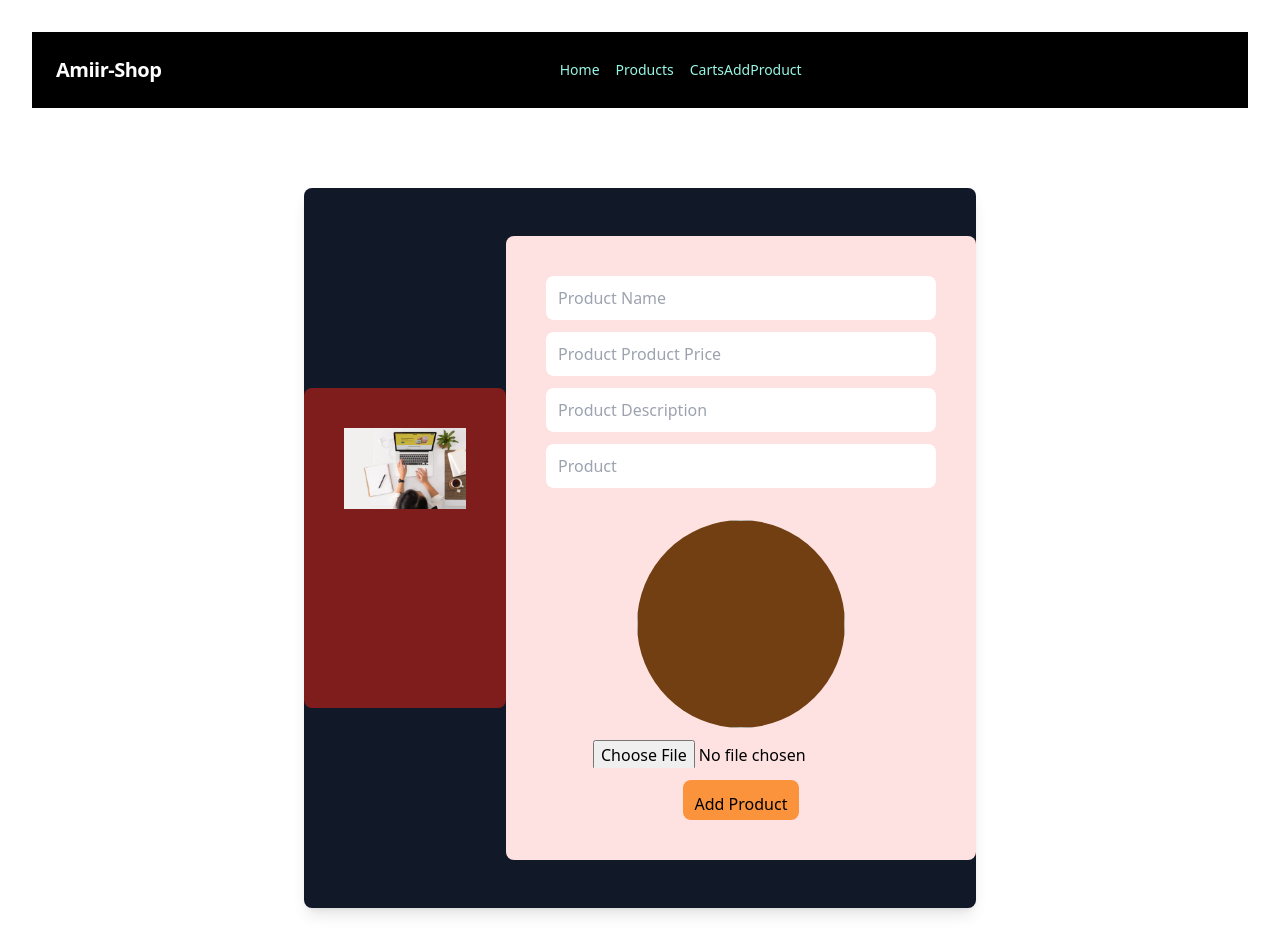
Repository: ENG-AMIIR-MUSE/ECommerce-app-using-react
Page: /addProducts
An editor plug-in stored every save of this project. The page is shown before and after the next save, followed by the edit.
The browser window is 1280 px wide. The pictures show the whole page.
The page's requests for data from a server got no answer. The project was rebuilt for these pictures with package versions that can differ from the ones it lists, and the page was loaded fresh each time. No one was signed in, and anything a server would have sent is missing. Also part of the build but not shown: vite.config.js, src/Components/productList.js, src/Components/productCard.js.

Above is the page before, as saved 2023-06-24 20:06:38.

### src/main.jsx
import React from 'react'
import ReactDOM from 'react-dom/client'
import App from './App.jsx'
import './index.css'

import { BrowserRouter }  from 'react-router-dom'



ReactDOM.createRoot(document.getElementById('root')).render(
  <React.StrictMode>
    <BrowserRouter>
    <App />
    </BrowserRouter>

  </React.StrictMode>,

)

### src/App.jsx
import { useEffect } from 'react'
import { useState } from 'react'
import axios from 'axios'
import ProductList from './Components/ProductList'
import ProductCard from './Components/ProductCard'

import './App.css'

import {NavBar} from './Components/NavBar'
import {  Routes,Route } from 'react-router-dom'

import AddProduct from './Components/AddProduct'

function App() {
const [products,setProducts] =  useState([])

useEffect(()=>{
  axios.get('https://fakestoreapi.com/products')
  .then((response)=>{
    // console.log(response)
   setProducts(response.data)
  }).catch((er)=>{
    console.log(er.response)
  })

})

  return (
    <>

    {/* {console.log(products)} */}
    <NavBar/>

    {/* <ProductCard/> */}
    <Routes>
    <Route path="/"/>
    <Route path="/products" element={<ProductList products ={products}/>}/>

    <Route path="/products/:id" element={<ProductCard products = {products}/>}/>
  <Route path="/addProducts/" element={<AddProduct/>}/>
  </Routes>
    </>


  )


}

export default App

### src/Components/NavBar.jsx
import React from 'react'
import {Link } from 'react-router-dom'
 export function NavBar() {
  return (
    <>
    <nav className=" items-center justify-between flex-wrap bg-black p-6 mb-20 h-auto p-5">
  <div className="flex items-center flex-shrink-0 text-white mr-6">

    <span className="font-semibold text-xl tracking-tight">Amiir-Shop</span>


  <div className="w-full block flex-grow lg:flex lg:items-center lg:w-auto">
    <div className="text-sm lg:flex-grow">
      <Link to="/" className="block mt-4 lg:inline-block lg:mt-0 text-teal-200 hover:text-white mr-4">
        Home
      </Link>
      <Link to="/products" className="block mt-4 lg:inline-block lg:mt-0 text-teal-200 hover:text-white mr-4">
        Products
      </Link>
      <Link to="/carts" className="block mt-4 lg:inline-block lg:mt-0 text-teal-200 hover:text-white">
        Carts
      </Link>
      <Link to="/addProducts" className="block mt-4 lg:inline-block lg:mt-0 text-teal-200 hover:text-white">
        AddProduct
      </Link>
    </div>

  </div>
  </div>
</nav>
    </>
  )

 }

### src/Components/AddProduct.jsx
import React from "react";
import reactsvg from '../assets/weImage.jpg'
import { useState } from "react";
const  AddProduct = ()=>{
  const [image,setImage]  = useState(null)

    return(

        <div  className="bg-gray-900 mt-0  text-black  min-h-screen flex flex-col lg:flex-row lg:max-w-2xl  max-w-sm mx-auto justify-center items-center  shadow-lg rounded-lg ">
          <div className="w-96 rounded-lg mx-auto  bg-red-900  m-5 h-80 p-10">
           <img src= {reactsvg}  alt="missing-product-image"/>
          </div>
          <div className="mx-auto p-10 m-10 rounded-lg bg-red-100">
          <form className="space-y-3">

           <input type="text"placeholder="Product Name" className="w-full  rounded-lg h-11  pl-3"/>
          <input type="text"placeholder="Product Product Price" className="w-full rounded-lg h-11  pl-3"/>
          <input type="text"placeholder="Product Description" className="w-full rounded-lg h-11  pl-3"/>
           <input type="text" placeholder="Product"className="w-full rounded-lg h-11 pl-3 "/>
           <div className="flex felx-row  flex-wrap items-center justify-center space-x-4">
             <img src={image&&URL.createObjectURL(image)} alt={image} className="rounded-full w-52 h-52 mt-5  max-w-md  object-cover object-center bg-yellow-900" />
             <input type="file" className = "rounded-lg p-3 h-10 " onChange={(event)=>{

              setImage(event.target.files[0])
             }}/>
           </div>
             <input type="submit" className = "rounded-lg bg-orange-400 p-3 h-10 "value="Add Product"/>
          </form>
          </div>
          {console.log(image)}
        </div>
    )
}
export default AddProduct;

Loaded but not shown: index.html (common file); src/index.css (common file); src/App.css (common file); tailwind.config.js (common file)

After the next save:
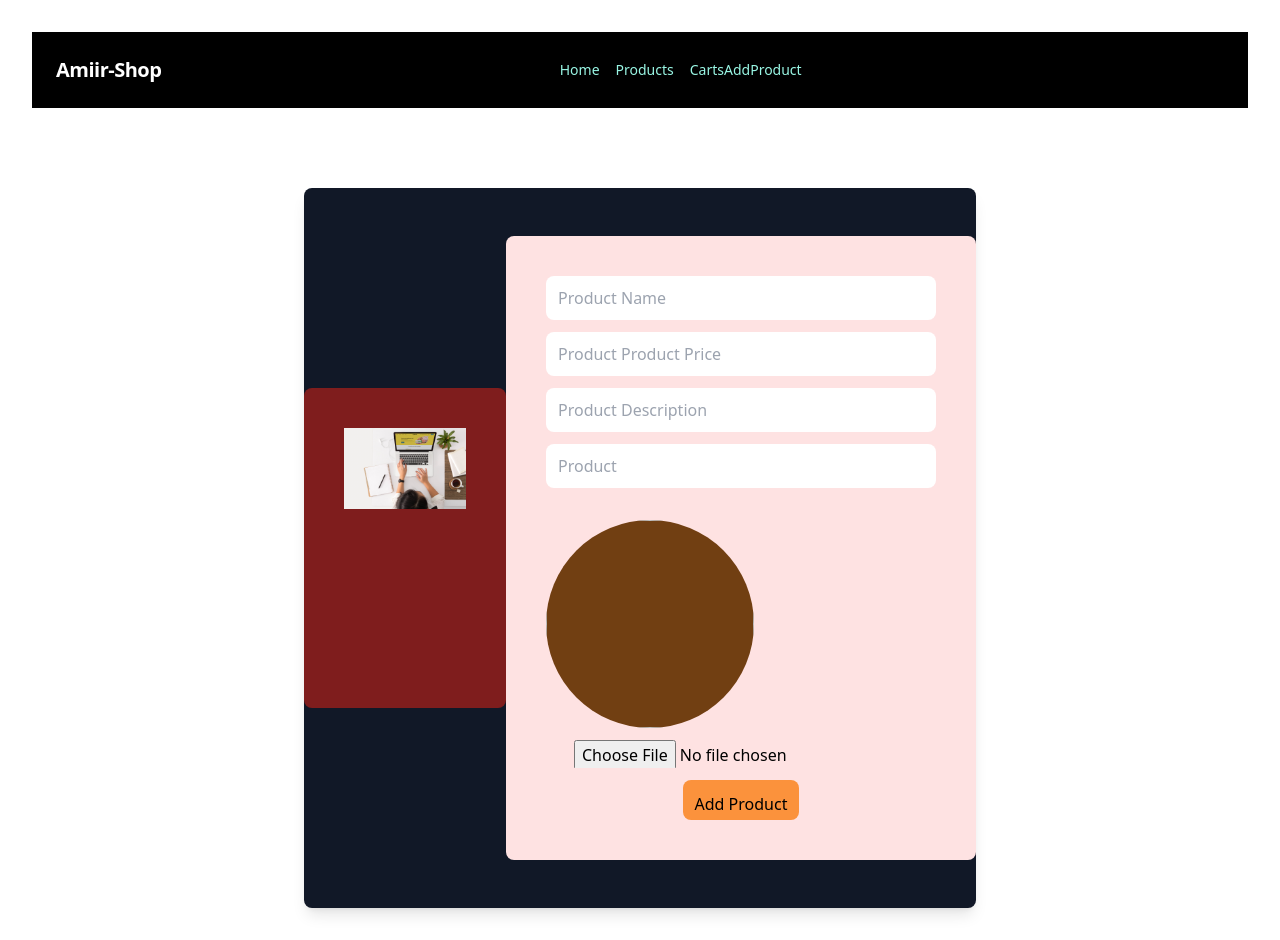
Saved 74 s later.
--- a/src/Components/AddProduct.jsx
+++ b/src/Components/AddProduct.jsx
@@ -17,7 +17,7 @@
           <input type="text"placeholder="Product Product Price" className="w-full rounded-lg h-11  pl-3"/>
           <input type="text"placeholder="Product Description" className="w-full rounded-lg h-11  pl-3"/>
            <input type="text" placeholder="Product"className="w-full rounded-lg h-11 pl-3 "/>
-           <div className="flex felx-row  flex-wrap items-center justify-center space-x-4">
+           <div className="flex felx-row  flex-wrap items-center  space-x-4">
              <img src={image&&URL.createObjectURL(image)} alt={image} className="rounded-full w-52 h-52 mt-5  max-w-md  object-cover object-center bg-yellow-900" />
              <input type="file" className = "rounded-lg p-3 h-10 " onChange={(event)=>{
 

After the save that followed:
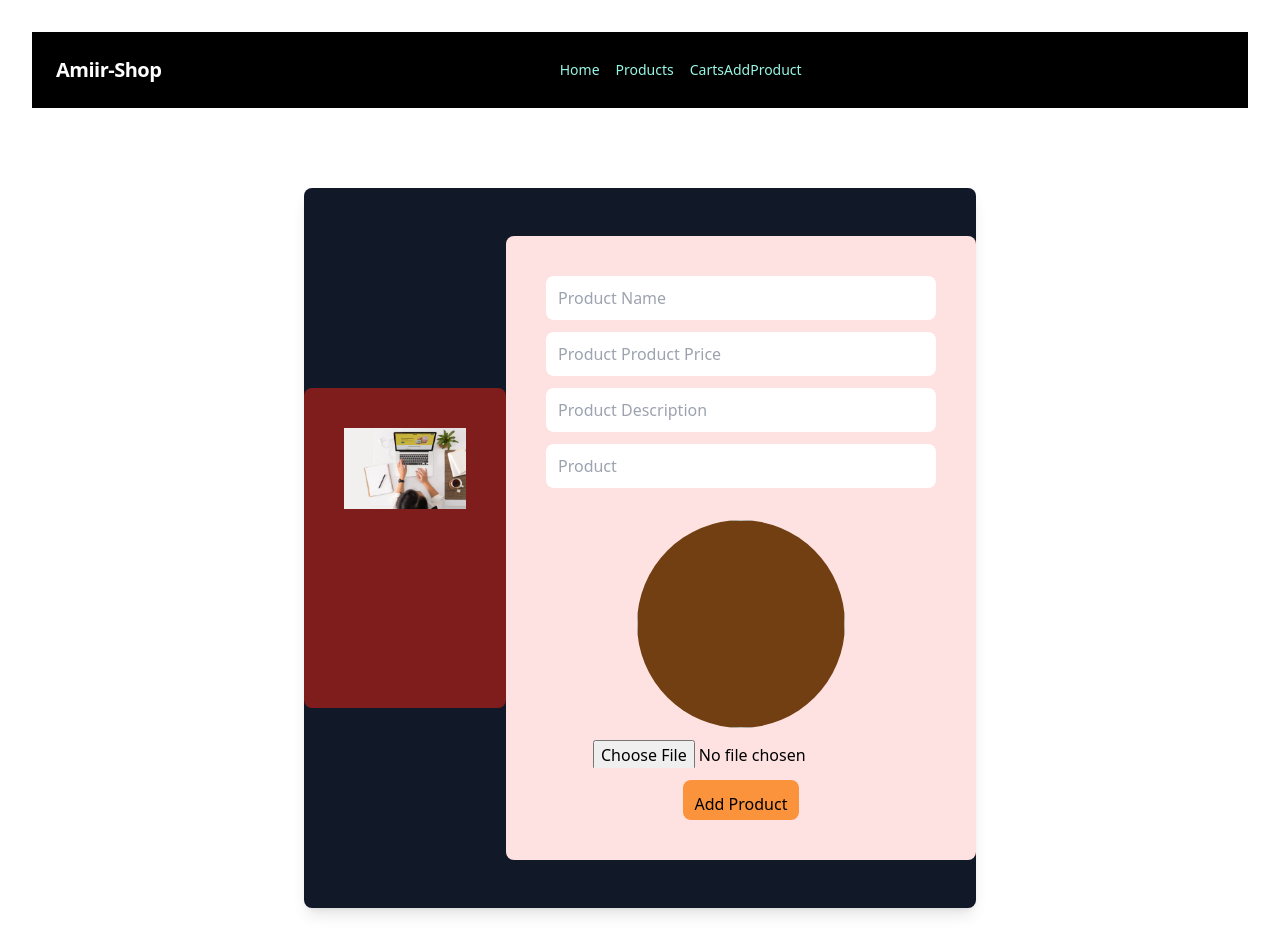
Saved 25 s later.
--- a/src/Components/AddProduct.jsx
+++ b/src/Components/AddProduct.jsx
@@ -17,7 +17,7 @@
           <input type="text"placeholder="Product Product Price" className="w-full rounded-lg h-11  pl-3"/>
           <input type="text"placeholder="Product Description" className="w-full rounded-lg h-11  pl-3"/>
            <input type="text" placeholder="Product"className="w-full rounded-lg h-11 pl-3 "/>
-           <div className="flex felx-row  flex-wrap items-center  space-x-4">
+           <div className="flex felx-row  flex-wrap items-center justify-center space-x-4">
              <img src={image&&URL.createObjectURL(image)} alt={image} className="rounded-full w-52 h-52 mt-5  max-w-md  object-cover object-center bg-yellow-900" />
              <input type="file" className = "rounded-lg p-3 h-10 " onChange={(event)=>{
 
